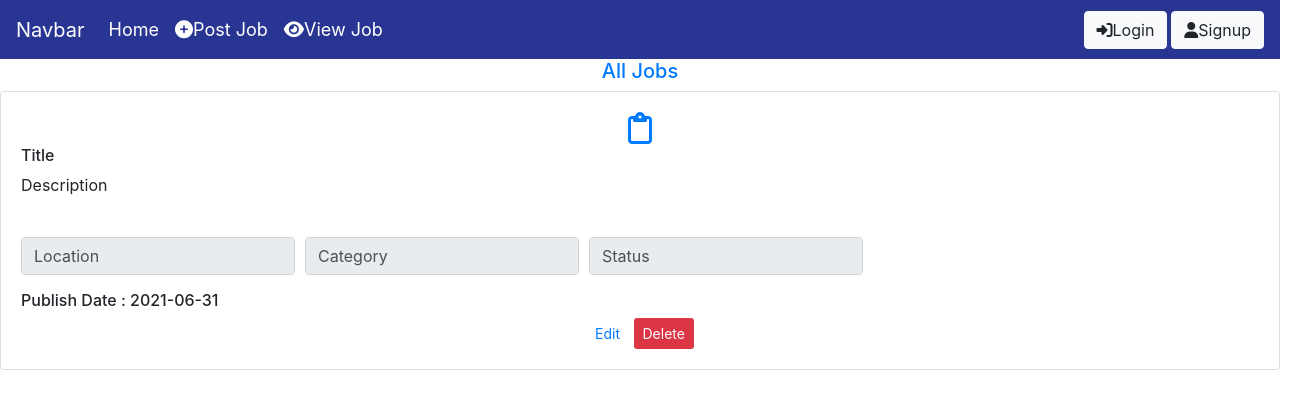
Repository: Pankaj08072001/Adv_Java
Page: http://localhost/06_Job_portal_Project/view_jobs.jsp
These files come from the project's save history. The page is drawn as it stood at one moment and after the next save; the edit follows.
The browser window is 1280 px wide. The page is 1295 px wide, so the pictures cover 1295 px, including what lies to the right of the window. The pictures show the whole page.
Some web libraries are served in a nearby version. The page is served by Tomcat 9. Other server files are loaded and not shown.

Above is the page before, as saved 2025-03-13 21:42:07.

### 06_Job_portal_Project/src/main/webapp/view_jobs.jsp
<%@ page language="java" contentType="text/html; charset=UTF-8"
	pageEncoding="UTF-8"%>
<!DOCTYPE html>
<html>
<head>
<meta charset="UTF-8">
<title>View_jobs</title>
<%@include file="All_component/All_css.jsp"%>
</head>
<body>
	<%@include file="All_component/Navbar.jsp"%>

	<div class="Container">

		<div class="row">
			<div class="col-md-12">
				<h5 class="text-center text-primary">All Jobs</h5>
				<div class="card mt-2">
					<div class="card-body">
						<div class="text-center text-primary">
							<i class="far fa-clipboard fa-2x"></i>
						</div>
						<h6>Title</h6>
						<p>Description</p>
						<br>
						<div class="form-row">
							<div class="form-group col-md3">
								<input type="text" class=" form-control form-contorl-sm"
									value="Location" readonly>

							</div>

							<div class="form-group col-md3">
								<input type="text" class=" form-control form-contorl-sm"
									value="Category" readonly>

							</div>

							<div class="form-group col-md3">
								<input type="text" class=" form-control form-contorl-sm"
									value="Status" readonly>

							</div>

						</div>
						<h6>Publish Date : 2021-06-31</h6>
						<div class="text-center">
							<a href="#" class="btn btn-sm bg-succes text-blue">Edit</a>
							 <a href="#" class="btn btn-sm bg-danger text-white">Delete</a>
						</div>

					</div>

				</div>

			</div>
		</div>
	</div>


</body>
</html>

### 06_Job_portal_Project/src/main/webapp/All_component/All_css.jsp
<link rel="stylesheet"
	href="https://cdn.jsdelivr.net/npm/bootstrap@4.0.0/dist/css/bootstrap.min.css"
	integrity="sha384-Gn5384xqQ1aoWXA+058RXPxPg6fy4IWvTNh0E263XmFcJlSAwiGgFAW/dAiS6JXm"
	crossorigin="anonymous">


<script src="https://code.jquery.com/jquery-3.2.1.slim.min.js"
	integrity="sha384-KJ3o2DKtIkvYIK3UENzmM7KCkRr/rE9/Qpg6aAZGJwFDMVNA/GpGFF93hXpG5KkN"
	crossorigin="anonymous"></script>
<script
	src="https://cdn.jsdelivr.net/npm/popper.js@1.12.9/dist/umd/popper.min.js"
	integrity="sha384-ApNbgh9B+Y1QKtv3Rn7W3mgPxhU9K/ScQsAP7hUibX39j7fakFPskvXusvfa0b4Q"
	crossorigin="anonymous"></script>
<script
	src="https://cdn.jsdelivr.net/npm/bootstrap@4.0.0/dist/js/bootstrap.min.js"
	integrity="sha384-JZR6Spejh4U02d8jOt6vLEHfe/JQGiRRSQQxSfFWpi1MquVdAyjUar5+76PVCmYl"
	crossorigin="anonymous"></script>

<link rel="stylesheet"
	href="https://cdnjs.cloudflare.com/ajax/libs/font-awesome/6.7.2/css/all.min.css"
	integrity="sha512-Evv84Mr4kqVGRNSgIGL/F/aIDqQb7xQ2vcrdIwxfjThSH8CSR7PBEakCr51Ck+w+/U6swU2Im1vVX0SVk9ABhg=="
	crossorigin="anonymous" referrerpolicy="no-referrer" />

	<link rel="Stylesheet" href ="All_component/Style.css" >

### 06_Job_portal_Project/src/main/webapp/All_component/Navbar.jsp
<nav class="navbar navbar-expand-lg navbar-dark bg-custom">
	<a class="navbar-brand" href="#">Navbar</a>
	<button class="navbar-toggler" type="button" data-toggle="collapse"
		data-target="#navbarSupportedContent"
		aria-controls="navbarSupportedContent" aria-expanded="false"
		aria-label="Toggle navigation">
		<span class="navbar-toggler-icon"></span>
	</button>

	<div class="collapse navbar-collapse" id="navbarSupportedContent">
		<ul class="navbar-nav mr-auto">
			<li class="nav-item active"><a class="nav-link" href="#">Home
					<span class="sr-only">(current)</span>
			</a></li>
			<li class="nav-item"><a class="nav-link" href="add_job.jsp"><i class="fas fa-plus-circle"></i>Post Job</a></li>
			<li class="nav-item"><a class="nav-link" href="view_jobs.jsp"><i class="fas fa-eye"></i>View Job</a></li>

		</ul>
		<form class="form-inline my-2 my-lg-0">
			<a href="login.jsp" class="btn btn-light mr-1"> <i class="fas fa-sign-in-alt"></i>Login</a>
			<a href ="Signup.jsp" class="btn btn-light"><i class="fas fa-user"></i>Signup</a>
		</form>
	</div>
</nav>

### 06_Job_portal_Project/src/main/webapp/All_component/Style.css
body{
	padding : 0;
	margin:0;
}

.bg-custom{
	background : #283593 !important;

}
.navbar .nav-item .nav-link{
	font-size: 18px;
	color : white;
}
.navbar .nav-item:hover .nav-link{
	background : white ;
	color : black;
	border-radius: 10px;
}

After the next save:
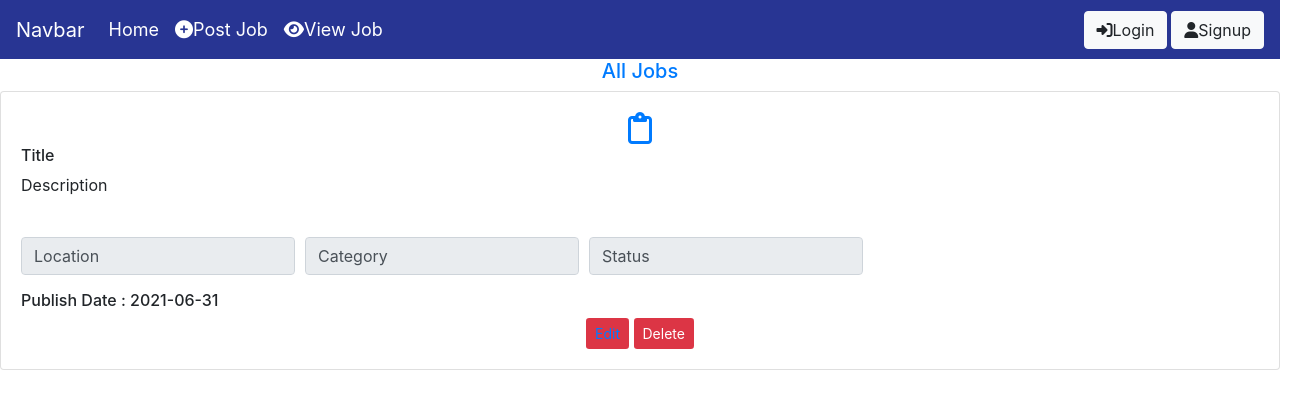
Saved 18 s later.
--- a/06_Job_portal_Project/src/main/webapp/view_jobs.jsp
+++ b/06_Job_portal_Project/src/main/webapp/view_jobs.jsp
@@ -45,7 +45,7 @@
 						</div>
 						<h6>Publish Date : 2021-06-31</h6>
 						<div class="text-center">
-							<a href="#" class="btn btn-sm bg-succes text-blue">Edit</a>
+							<a href="#" class="btn btn-sm bg-danger text-blue">Edit</a>
 							 <a href="#" class="btn btn-sm bg-danger text-white">Delete</a>
 						</div>
 
